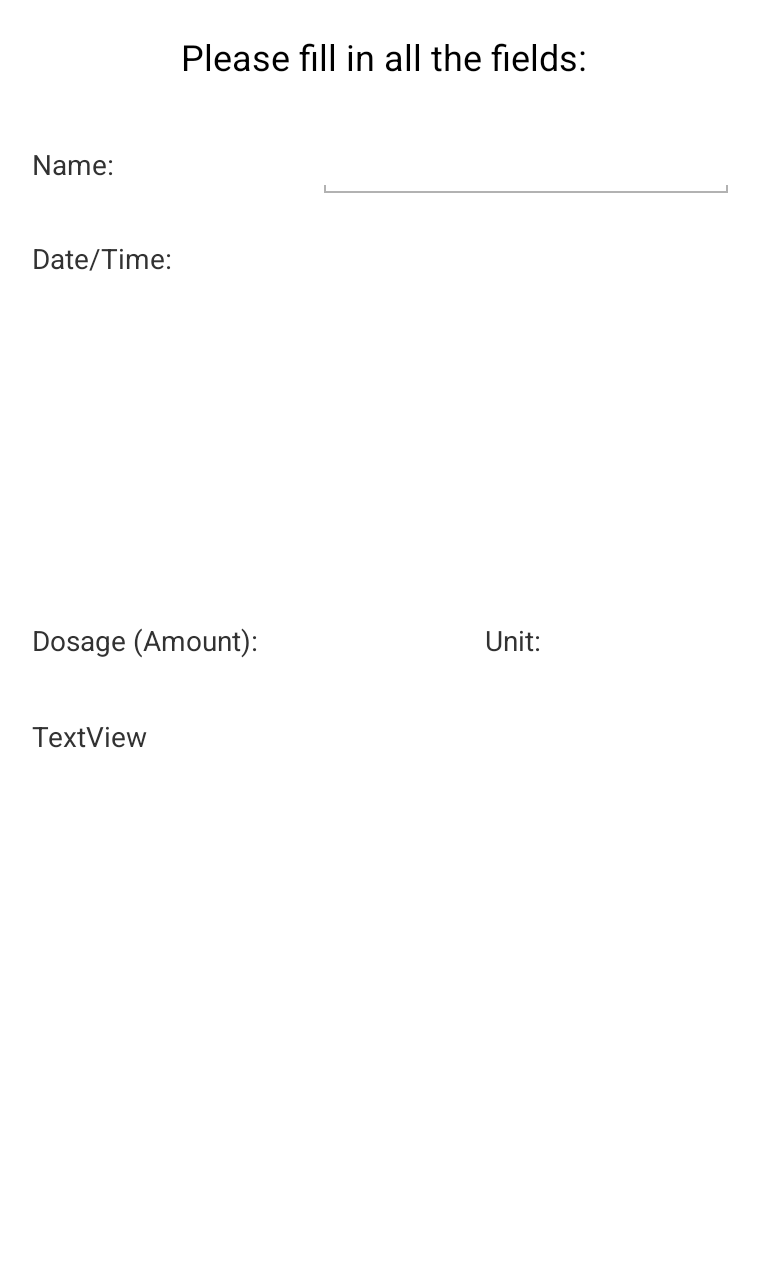
Repository: seth-skocelas/PHMS
Layout: PHMS/res/layout/activity_add_medication.xml
These files come from the project's save history. The layout is drawn as it stood at one moment and after the next save; the edit follows.
It is drawn on a 768 x 1280 px phone screen (xhdpi) without system bars, with theme AppTheme; the app's code is not run.

Above is the layout before, as saved 2014-04-07 03:02:47.

### PHMS/res/layout/activity_add_medication.xml
<RelativeLayout xmlns:android="http://schemas.android.com/apk/res/android"
    xmlns:tools="http://schemas.android.com/tools"
    android:layout_width="match_parent"
    android:layout_height="match_parent"
    android:paddingBottom="@dimen/activity_vertical_margin"
    android:paddingLeft="@dimen/activity_horizontal_margin"
    android:paddingRight="@dimen/activity_horizontal_margin"
    android:paddingTop="@dimen/activity_vertical_margin"
    tools:context=".AddMedicationActivity" >

    <TextView
        android:id="@+id/textView2"
        android:layout_width="wrap_content"
        android:layout_height="wrap_content"
        android:layout_centerHorizontal="true"
        android:text="@string/addMedInstructions"
        android:textAppearance="?android:attr/textAppearanceMedium"  />

    <TextView
        android:id="@+id/textView1"
        android:layout_width="wrap_content"
        android:layout_height="wrap_content"
        android:layout_alignParentLeft="true"
        android:layout_below="@+id/textView2"
        android:layout_marginTop="32dp"
        android:text="@string/name" />

    <TextView
        android:id="@+id/textView3"
        android:layout_width="wrap_content"
        android:layout_height="wrap_content"
        android:layout_below="@+id/textView1"
        android:layout_marginTop="28dp"
        android:text="@string/datetime" />

    <TextView
        android:id="@+id/textView4"
        android:layout_width="wrap_content"
        android:layout_height="wrap_content"
        android:layout_alignLeft="@+id/textView3"
        android:layout_centerVertical="true"
        android:text="@string/dosage" />

    <TextView
        android:id="@+id/textView5"
        android:layout_width="wrap_content"
        android:layout_height="wrap_content"
        android:layout_alignLeft="@+id/textView4"
        android:layout_below="@+id/textView4"
        android:layout_marginTop="29dp"
        android:text="TextView" />

    <EditText
        android:id="@+id/editText1"
        android:layout_width="wrap_content"
        android:layout_height="wrap_content"
        android:layout_alignBaseline="@+id/textView1"
        android:layout_alignBottom="@+id/textView1"
        android:layout_alignParentRight="true"
        android:ems="10" />

    <TextView
        android:id="@+id/textView6"
        android:layout_width="wrap_content"
        android:layout_height="wrap_content"
        android:layout_alignBottom="@+id/textView4"
        android:layout_alignRight="@+id/textView2"
        android:layout_marginRight="23dp"
        android:text="@string/unit" />

</RelativeLayout>

### PHMS/res/values/strings.xml
<?xml version="1.0" encoding="utf-8"?>
<resources>

    <string name="app_name">PHMS</string>
    <string name="hello_world">Hello world!</string>
    <string name="action_settings">Settings</string>
    <string name="welcome">Welcome to the Personal Health Monitoring System!</string>
    <string name="password">Password</string>
    <string name="options">Please login or register:</string>
    <string name="login">Login</string>
    <string name="register">Register</string>
    <string name="recover">Recover</string>
    <string name="title_activity_register">Register</string>
    <string name="firstname">First Name:</string>
    <string name="lastname">Last Name:</string>
    <string name="username">Username:</string>
    <string name="cancel">Cancel</string>
    <string name="email">Email Address:</string>
    <string name="phone">Phone Number:</string>
    <string name="height">Height: (ft)</string>
    <string name="inches">(in)</string>
    <string name="weight">Weight:</string>
    <string name="age">Age:</string>
    <string name="docemail">Doctor\'s Email:</string>
    <string name="gender">Gender:</string>
    <string name="security">Security Question: What is your mother\'s maiden name?</string>
    <string name="recoQuestion">Please enter your account email:</string>
    <string name="recoInfo">If there is an account on file with this email, an email will be sent out
	    					that will allow you to reset your password</string>
    <string name="title_activity_recover">Recover</string>
    <string name="ok">OK</string>
    <string name="dialog_message">Test</string>
    <string name="dialog_title">Test</string>
    <string name="title_activity_main_menu">MainMenuActivity</string>
    <string name="vital_signs">Vital Signs</string>
    <string name="medications">Medications</string>
    <string name="main_menu">Main Menu</string>
    <string name="diet_management">Diet Management</string>
    <string name="upcoming_events">Upcoming Events</string>
    <string name="search_app">Search the App</string>
    <string name="edit_acct">Edit Account</string>
    <string name="logout">Log Out</string>
    <string name="title_activity_medication">Medication</string>
    <string name="title_activity_diet">DietActivity</string>
    <string name="medInstructions">Select a medication to edit:</string>
    <string name="add">Add</string>
    <string name="ret">Return</string>
    <string name="title_activity_add_medication">AddMedicationActivity</string>
    <string name="addMedInstructions">Please fill in all the fields:</string>
	<string name="name">Name:</string>
	<string name="datetime">Date/Time:</string>
	<string name="conflictions">Conflictions:</string>
	<string name="dosage">Dosage (Amount):</string>
	<string name="unit">Unit:</string>

</resources>

Loaded but not shown: PHMS/res/values/styles.xml (common file); PHMS/res/values-v11/styles.xml (common file); PHMS/res/values-v14/styles.xml (common file); PHMS/res/values/dimens.xml (common file); PHMS/res/values-w820dp/dimens.xml (common file)

After the next save:
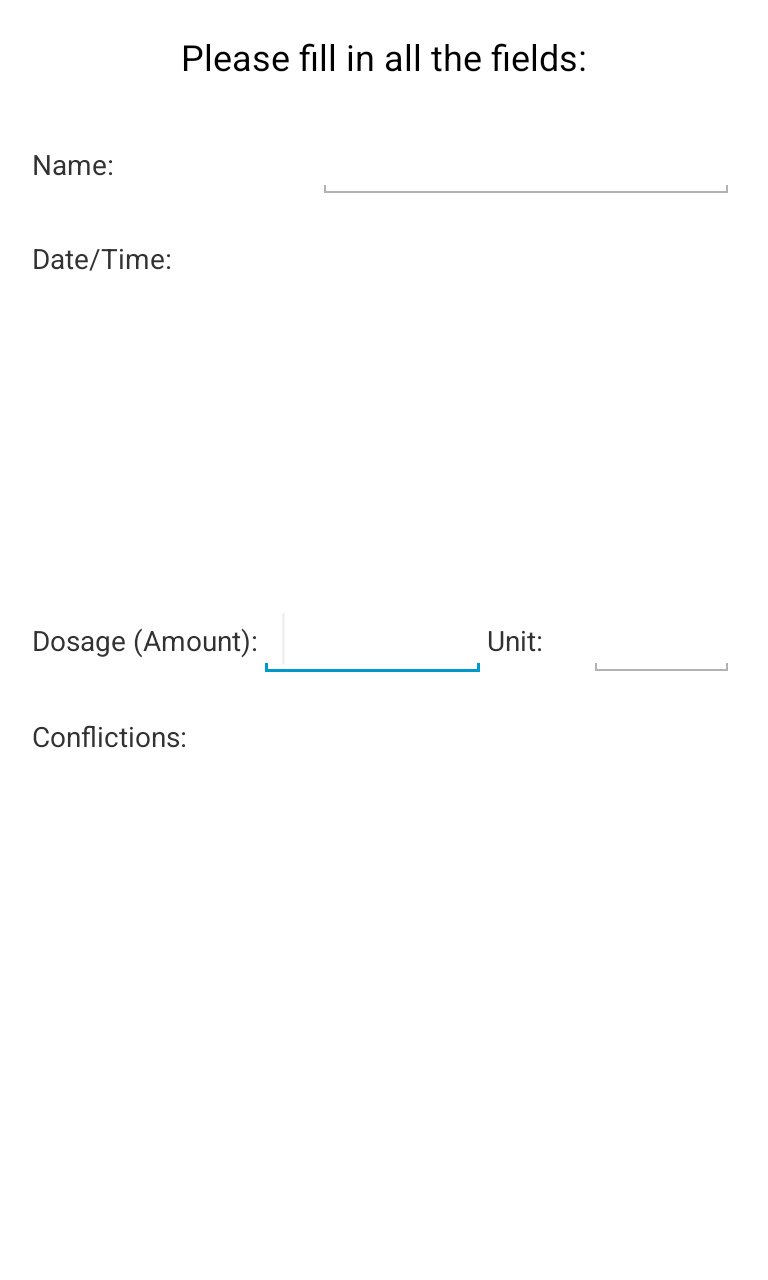
Saved 3 min 42 s later.
--- a/PHMS/res/layout/activity_add_medication.xml
+++ b/PHMS/res/layout/activity_add_medication.xml
@@ -48,7 +48,7 @@
         android:layout_alignLeft="@+id/textView4"
         android:layout_below="@+id/textView4"
         android:layout_marginTop="29dp"
-        android:text="TextView" />
+        android:text="@string/conflictions" />
 
     <EditText
         android:id="@+id/editText1"
@@ -63,9 +63,33 @@
         android:id="@+id/textView6"
         android:layout_width="wrap_content"
         android:layout_height="wrap_content"
+        android:layout_alignBaseline="@+id/textView4"
         android:layout_alignBottom="@+id/textView4"
         android:layout_alignRight="@+id/textView2"
-        android:layout_marginRight="23dp"
+        android:layout_marginRight="22dp"
         android:text="@string/unit" />
 
+    <EditText
+        android:id="@+id/editText2"
+        android:layout_width="wrap_content"
+        android:layout_height="wrap_content"
+        android:layout_alignParentRight="true"
+        android:layout_centerVertical="true"
+        android:layout_toRightOf="@+id/textView6"
+        android:ems="10" />
+
+    <EditText
+        android:id="@+id/editText3"
+        android:layout_width="wrap_content"
+        android:layout_height="wrap_content"
+        android:layout_alignBaseline="@+id/editText2"
+        android:layout_alignBottom="@+id/editText2"
+        android:layout_toLeftOf="@+id/textView6"
+        android:layout_toRightOf="@+id/textView4"
+        android:ems="10"
+        android:inputType="number" >
+
+        <requestFocus />
+    </EditText>
+
 </RelativeLayout>
